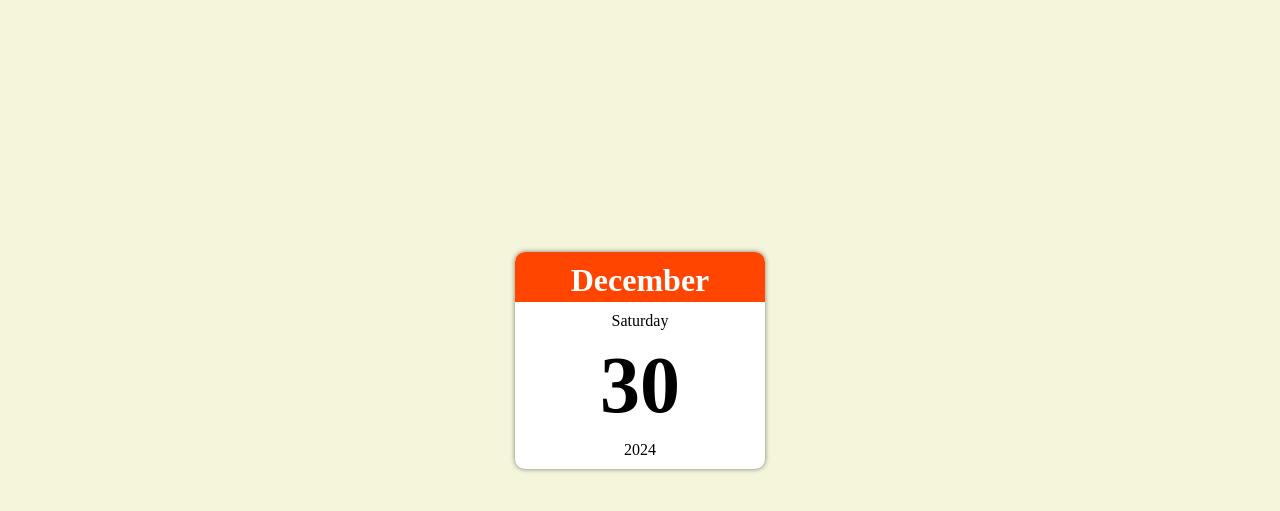
Repository: JunaidAnsari202/Mini-Calender
Page: index.html
These files come from the project's save history. The page is drawn as it stood at one moment and after the next save; the edit follows.
The browser window is 1280 px wide. The pictures show the whole page.

Above is the page before, as saved 2024-11-10 12:01:40.
Console error: SyntaxError: Unexpected token '}'

After the next save:
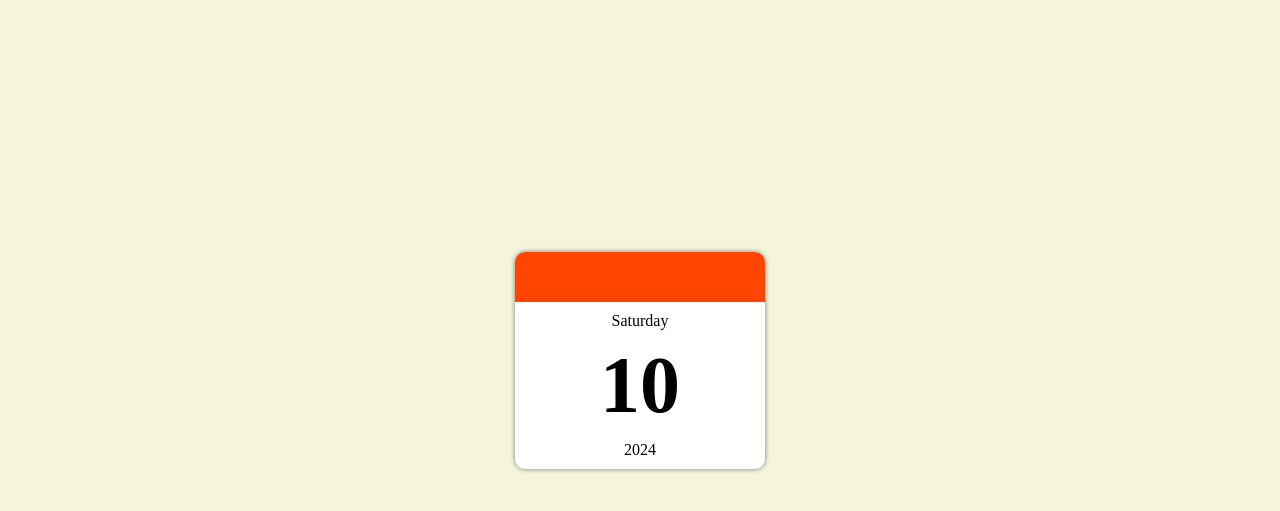
The error is gone.
Saved 5 s later.
--- a/script.js
+++ b/script.js
@@ -7,5 +7,5 @@ window.addEventListener("DOMContentLoaded",()=>{
     const date= new Date();
     day.textContent=date.getDate();
     year.textContent=date.getFullYear();
-    month.textContent=date.
+    month.textContent=date.t
 })
